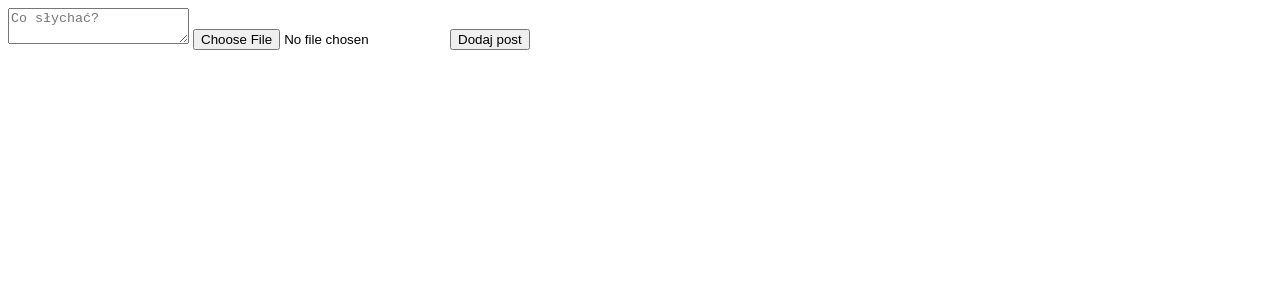
Repository: BoguszKonrady/FORUM
Page: http://localhost/app/views/posts/addPost.php
The author's editor kept a copy of each file at every save. The page is drawn from the files as they stood at one save, then again after the next save.
The browser window is 1280 px wide. The pictures show the whole page.
The page is run by PHP 8.4 with error messages shown; the project is at /var/www/html/.

Above is the page before, as saved 2024-06-06 21:32:42.

After the next save:
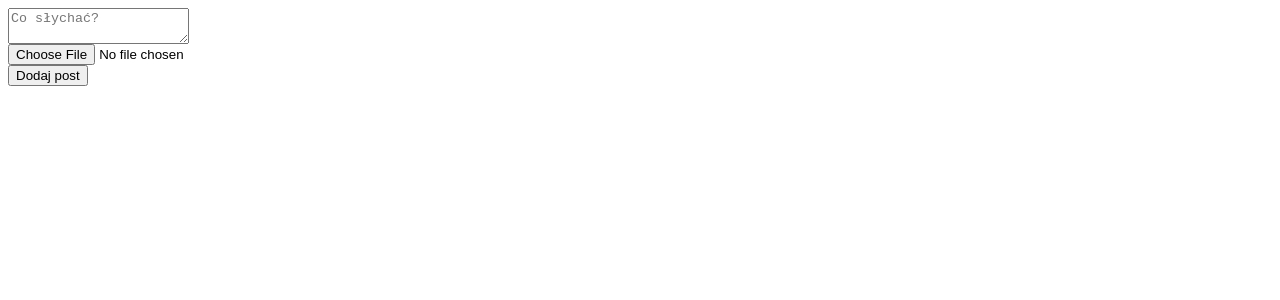
Saved 2 min 5 s later.
--- a/app/views/posts/addPost.php
+++ b/app/views/posts/addPost.php
@@ -1,9 +1,11 @@
-<div class="col-md-6 content">
-                <div class="post-composer mb-3">
-                <form action="/controllers/posts/addPost.php" method="post" enctype="multipart/form-data">
+<div class="post-composer mb-3">
+            <form action="/controllers/posts/addPost.php" method="post" enctype="multipart/form-data">
+                <div class="mb-3">
                     <textarea name="postContent" class="form-control" placeholder="Co słychać?" required></textarea>
-                    <input type="file" name="postImage" class="form-control mt-2">
-                    <button type="submit" class="btn btn-primary mt-2">Dodaj post</button>
-                </form>
                 </div>
-            </div>
+                <div class="mb-3">
+                    <input type="file" name="postImage" class="form-control">
+                </div>
+                <button type="submit" class="btn btn-primary">Dodaj post</button>
+            </form>
+        </div>
